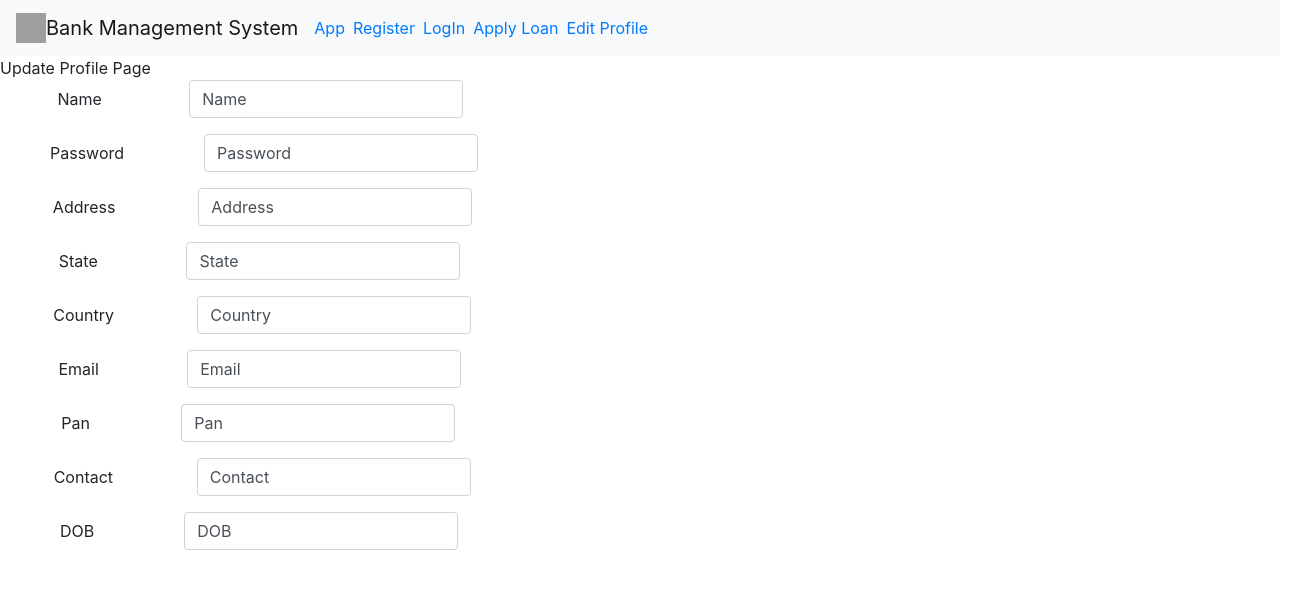
Repository: Nilkumar-Sharma/Bank-Management-System-Frontend-React
Page: /edit
The author's editor kept a copy of each file at every save. The page is drawn from the files as they stood at one save, then again after the next save.
The browser window is 1280 px wide. The page is 1295 px wide, so the pictures cover 1295 px, including what lies to the right of the window. The pictures show the whole page.
Pictures or frames that could not be fetched are drawn as grey boxes. The project was rebuilt for these pictures with package versions that can differ from the ones it lists, and the page was loaded fresh each time. Also part of the build but not shown: src/App.css, src/components/Shared/MyButton/MyButton.js, src/Counter/Counter.js, src/App.js, src/components/Register/Register.module.scss, src/components/Register/Register.js, src/components/LogIn/LogIn.module.scss, src/components/LogIn/LogIn.js and 2 more.

Above is the page before, as saved 2020-07-28 13:35:19.

### src/index.js
import React from 'react';
import ReactDOM from 'react-dom';
import './index.css';
import App from './App';
import * as serviceWorker from './serviceWorker';
import { Provider } from 'react-redux'
import { createStore } from 'redux'
import rootReducer from './store/reducer'
import { BrowserRouter, Switch,Route,Link } from 'react-router-dom';
import Register from './components/Register/Register'
import { createBrowserHistory } from 'history';
import 'bootstrap/dist/css/bootstrap.min.css';
import LogIn from './components/LogIn/LogIn';
import Loan from './components/Loan/Loan'
import UpdateProfile from './components/Profile/UpdateProfile';

const store = createStore(rootReducer);
store.subscribe(_=>console.log(store.getState()))

ReactDOM.render(
  <Provider store={store}>
    <React.StrictMode>
      <BrowserRouter>

        <nav className="navbar navbar-expand-lg navbar-light bg-light ">
          {/* header */}
          <a className="navbar-brand" href="#">
            <img src="/docs/4.0/assets/brand/bootstrap-solid.svg" width="30" height="30" className="d-inline-block align-top" alt=""></img>
              Bank Management System
  </a>

          <ul className="navbar-nav  mr-auto">
          <li className="nav-item mr-2">
            <Link to="/">App</Link>
            </li>
            <li className="nav-item mr-2">
            <Link to="/register">Register</Link>
          </li>
            <li className="nav-item mr-2">
            <Link to="/login">LogIn</Link>
            </li>
            <li className="nav-item mr-2">
              <Link to="/loan">Apply Loan</Link>
            </li>
            <li className="nav-item mr-2">
              <Link to="/edit">Edit Profile</Link>
            </li>
          </ul>
        </nav>


      {/* A <Switch> looks through its children <Route>s and
            renders the first one that matches the current URL. */}
      <Switch>
        <Route exact path="/">
          <App />
          </Route>
          <Route exact path="/register">
            <Register />
          </Route>
          <Route path="/login">
            <LogIn/>
          </Route>
          <Route path="/loan">
            <Loan></Loan>
          </Route>
          <Route path="/edit">
            <UpdateProfile></UpdateProfile>
          </Route>
      </Switch>
      </BrowserRouter>
    </React.StrictMode>

  </Provider>,
  document.getElementById('root')
);

// If you want your app to work offline and load faster, you can change
// unregister() to register() below. Note this comes with some pitfalls.
// Learn more about service workers: https://bit.ly/CRA-PWA
serviceWorker.unregister();

### src/store/reducer.js
const initialState = {
    counter: 0
};

const rootReducer = (state = initialState, action) => {
    switch (action.type){
    case "INC":
            return { counter: state.counter + 1 }
        case "DEC":
            return { counter: state.counter - 1 }
        default:
            return state
}
}
export default rootReducer;

### src/components/Profile/UpdateProfile.js
import React, { Component } from 'react'
import InputField from '../Shared/InputField/InputField'
/**
 * As a Customer, I should be able to login so that I can update my account details in the system
 * Acceptance criteria: When the Customer logs in, he should be able to update his account details.
 *  extra  Name, Username, Password, Address, State, Country, Email Address, PAN, Contact No, DOB,
 * Account Type etc
 */
class UpdateProfile extends Component{
    constructor(props) {
        super(props);
        this.state = {
            // name:""
        }
        this.handleInputField.bind(this);
    }
    // setS(data) {
        // console.log("daata")
        // this.setState(data)
    // }
     handleInputField = (event)=> {
        this.setState({
                [event.target.name]:event.target.value
        },()=>console.log(this.state));
        //  console.log(this.eve)

    }

    render() {
        return (<div>
            {this.state.Name}
            Update Profile Page
            <InputField Label="Name" name="Name" changes={this.handleInputField}></InputField>
            <InputField Label="Password" name="Password" changes={this.handleInputField}></InputField>
            <InputField Label="Address" name="Address" changes={this.handleInputField}></InputField>
            <InputField Label="State" name="State" changes={this.handleInputField}></InputField>

            <InputField Label="Country" name="Country" changes={this.handleInputField}></InputField>
            <InputField Label="Email" name="Email" changes={this.handleInputField}></InputField>
            <InputField Label="Pan" name="Pan" changes={this.handleInputField}></InputField>
            <InputField Label="Contact" name="Contact" changes={this.handleInputField}></InputField>
            <InputField Label="DOB" name="DOB" changes={this.handleInputField}></InputField>

        </div>)
    }
}
export default UpdateProfile;

### src/components/Shared/InputField/InputField.js
import React, { Component } from 'react';
class InputField extends Component {
    static defaultProps = {
        type: "text",
        changes:(e)=>console.log(e.target),
        label: "Label",
        classes: "",
        value: "",
        id: "setId",
        name: "name",
        placeHolder: "P laceHolder Here",
    }
    constructor(props) {
        super(props);
        this.state = {
            value: this.props.Label
        }

    }
    handleChange(event) {
        this.setState({ value: event.target.value });
        this.props.changes(event);
    }

    render() {
        return (
            // <div className="container-fluid">
            <div className="row">
                <div class="form-group form-inline" >
                <div className="col-6">
                    <label htmlFor={this.props.id}>{this.props.Label}</label>

                </div>
                <div className="col-6">
                        <input className="form-control" name={this.props.name} id={this.props.id} type={this.props.type} onChange={
                        // (this.props.changes) || ((e)=>{this.setState({value:e.target.value})})
                        (event) =>
                            this.handleChange(event)
                    } placeholder={this.props.placeHolder} value={this.state.value}></input>

                    </div>
                </div>
            </div>
        )
    }
}
export default InputField;

### src/components/Shared/InputField/InputField.css
label{
    width: 10px;
}

Loaded but not shown: public/index.html (common file); src/index.css (common file); src/serviceWorker.js (common file)

After the next save:
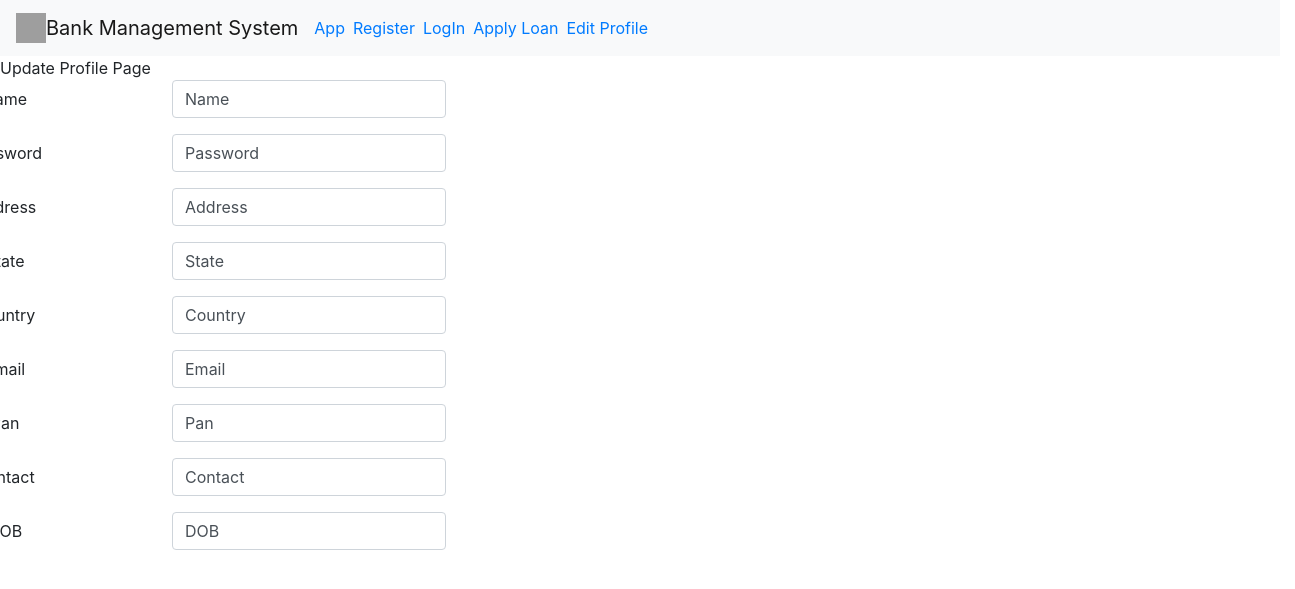
Saved 11 s later.
--- a/src/components/Shared/InputField/InputField.js
+++ b/src/components/Shared/InputField/InputField.js
@@ -1,4 +1,5 @@
 import React, { Component } from 'react';
+import './InputField.css'
 class InputField extends Component {
     static defaultProps = {
         type: "text",
